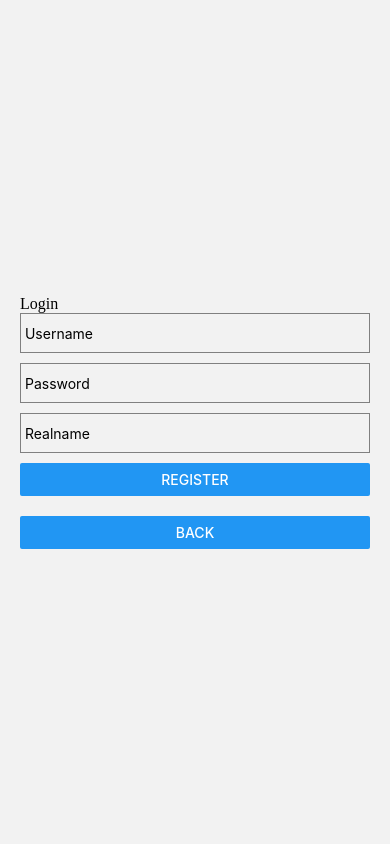
Repository: RidenShogunei/reactnative--make-an-app
Screen: /register (app in Myapp/)
These files come from the project's save history. The screen is drawn as it stood at one moment and after the next save; the edit follows.
The app was drawn by React Native's web renderer in a window 390 px wide. The project was rebuilt for these pictures with package versions that can differ from the ones it lists, and the page was loaded fresh each time. Also part of the build but not shown: Myapp/pages/main.jsx.

Above is the screen before, as saved 2024-04-20 20:50:48.

After the next save:
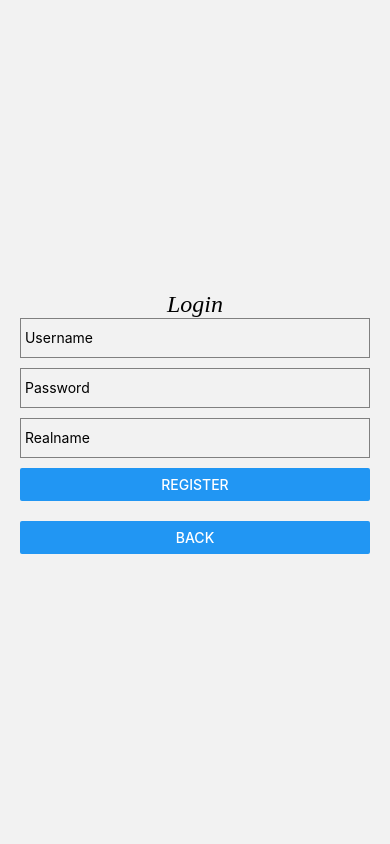
Saved 82 s later.
--- a/Myapp/pages/register.jsx
+++ b/Myapp/pages/register.jsx
@@ -69,7 +69,9 @@ const styles = StyleSheet.create({
     height: 20, // 调整这个值可以改变按钮之间的距离
   },
   title:{
-
+    textAlign: 'center', // 文本居中
+    fontStyle: 'italic', // 文本斜体
+    fontSize: 24, // 文本大小设为24
   }
 });
 
